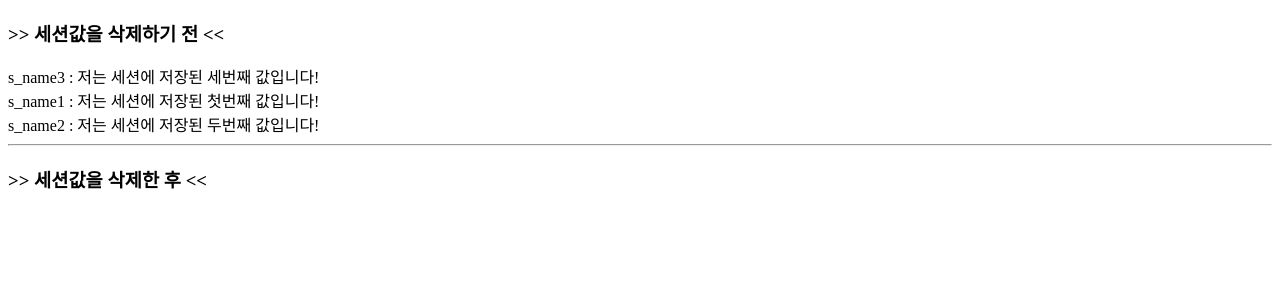
Repository: itrecipe/Web_ez
Page: http://localhost/jspCh05/08_removeAttribute.jsp
These files come from the project's save history. The page is drawn as it stood at one moment and after a run of saves; the edit follows.
The browser window is 1280 px wide. The pictures show the whole page.
The page is served by Tomcat 9.

Above is the page before, as saved 2023-03-31 03:46:45.

### jspCh05/src/main/webapp/08_removeAttribute.jsp
<%@page import="java.util.Enumeration"%>
<%@ page language="java" contentType="text/html; charset=UTF-8"
    pageEncoding="UTF-8"%>
<!DOCTYPE html>
<html>
<head>
<meta charset="UTF-8">
<title>removeAttribute</title>
</head>
<body>
<%
	session.setAttribute("s_name1", "저는 세션에 저장된 첫번째 값입니다!");
	session.setAttribute("s_name2", "저는 세션에 저장된 두번째 값입니다!");
	session.setAttribute("s_name3", "저는 세션에 저장된 세번째 값입니다!");
	out.print(" <h3> >> 세션값을 삭제하기 전 << </h3>");
	Enumeration names;
	names = session.getAttributeNames();
	while(names.hasMoreElements()){
		String name = names.nextElement().toString();
		String value = session.getAttribute(name).toString();
		out.println(name + " : " + value + "<br>");
	}
	//이름을 지정해 세션에 저장된 객체를 제거한다.
	session.removeAttribute("s_name2");
	out.print(" <hr> <h3> >> 세션값을 삭제한 후 << </h3> ");
%>
</body>
</html>

After the next 10 saves:
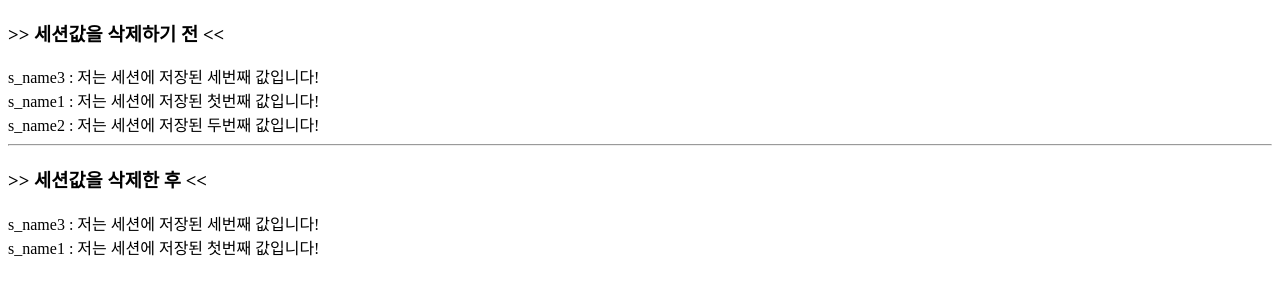
The 10 saves are shown as one change because 5 did not build or start and some came seconds apart.
The last was saved 4 min 33 s later.
--- a/jspCh05/src/main/webapp/08_removeAttribute.jsp
+++ b/jspCh05/src/main/webapp/08_removeAttribute.jsp
@@ -13,16 +13,22 @@
 	session.setAttribute("s_name2", "저는 세션에 저장된 두번째 값입니다!");
 	session.setAttribute("s_name3", "저는 세션에 저장된 세번째 값입니다!");
 	out.print(" <h3> >> 세션값을 삭제하기 전 << </h3>");
-	Enumeration names;
+	Enumeration<String> names;
 	names = session.getAttributeNames();
 	while(names.hasMoreElements()){
 		String name = names.nextElement().toString();
 		String value = session.getAttribute(name).toString();
 		out.println(name + " : " + value + "<br>");
 	}
-	//이름을 지정해 세션에 저장된 객체를 제거한다.
+	//이름을 지정해 세션에 저장된 속성값을 제거한다.
 	session.removeAttribute("s_name2");
 	out.print(" <hr> <h3> >> 세션값을 삭제한 후 << </h3> ");
+	names = session.getAttributeNames();
+	while(names.hasMoreElements()){
+		String name = names.nextElement().toString();
+		String value = session.getAttribute(name).toString();
+		out.println(name + " : " + value + "<br>");
+	}
 %>
 </body>
 </html>
